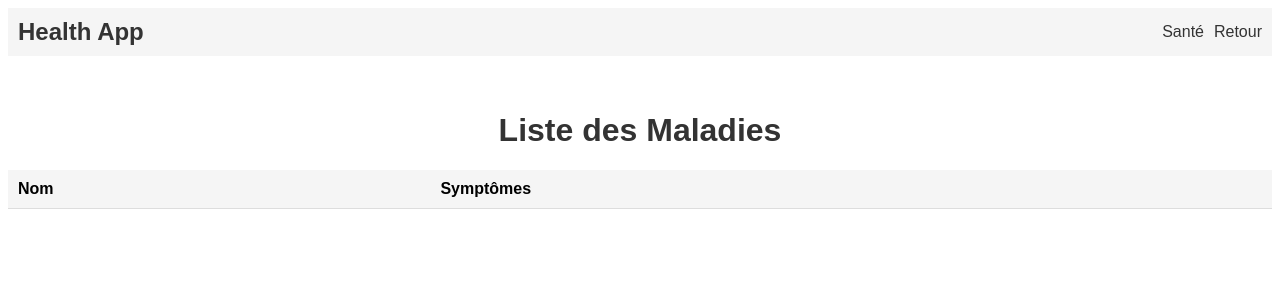
Repository: Sidel-malek/e-sbitar
Page: http://localhost/singup/maladies
The author's editor kept a copy of each file at every save. The page is drawn from the files as they stood at one save, then again after the next save.
The browser window is 1280 px wide. The pictures show the whole page.
The page is served by Tomcat 9. Queries for data that is not in the repository find no rows.

Above is the page before, as saved 2023-06-03 03:09:20.

After the next save:
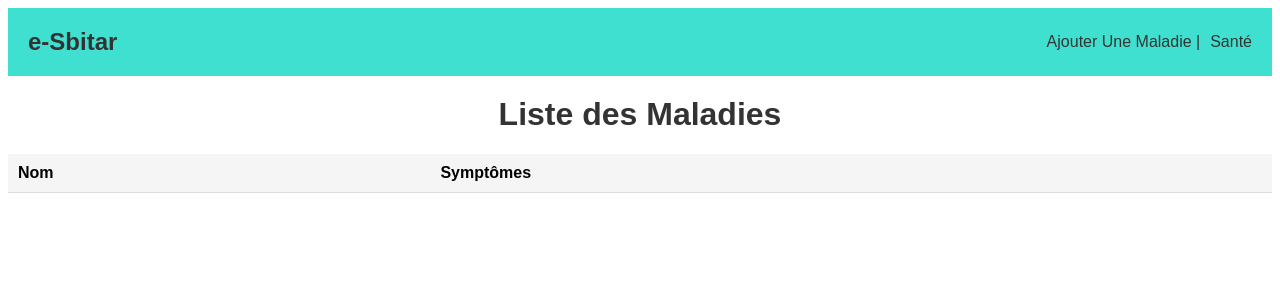
Saved 7 s later.
--- a/authentification/singup/src/main/webapp/Santé.jsp
+++ b/authentification/singup/src/main/webapp/Santé.jsp
@@ -56,19 +56,8 @@
     </style>
 </head>
 <body>
-    <div class="navbar">
-        <a href="#" class="navbar-logo">Health App</a>
-        <div class="navbar-menu">
-            <div class="navbar-item">
-                <a href="Santé.jsp">Santé</a>
-            </div>
-            <div class="navbar-item">
-                <a href="index.jsp">Retour</a>
-            </div>
-        </div>
-    </div>
-    <br>
-    <br>
+    <jsp:include page="navbar.jsp" />
+
     <h1>Liste des Maladies</h1>
     <table>
         <tr>
